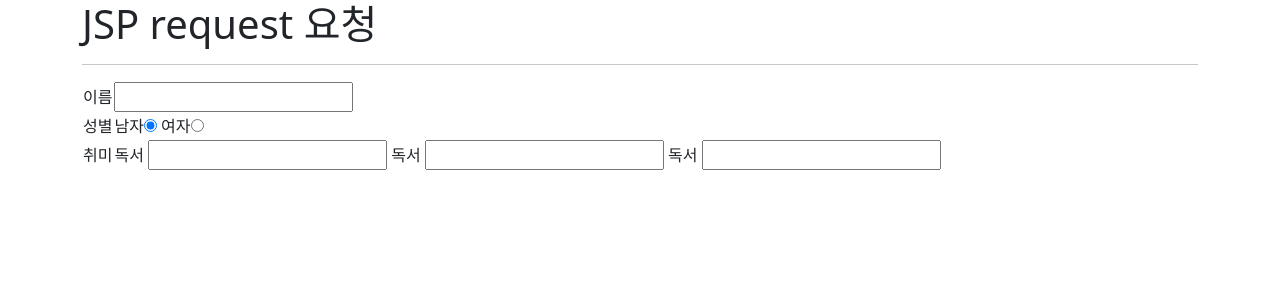
Repository: papepopopy/javascript
Page: http://localhost/webjsp/ex02/jspRequest.jsp
An editor plug-in stored every save of this project. The page is shown before and after the next save, followed by the edit.
The browser window is 1280 px wide. The pictures show the whole page.
The page is served by Tomcat 9. Nobody is signed in. The application's start-up code is not run.

Above is the page before, as saved 2024-07-04 02:10:42.

After the next save:
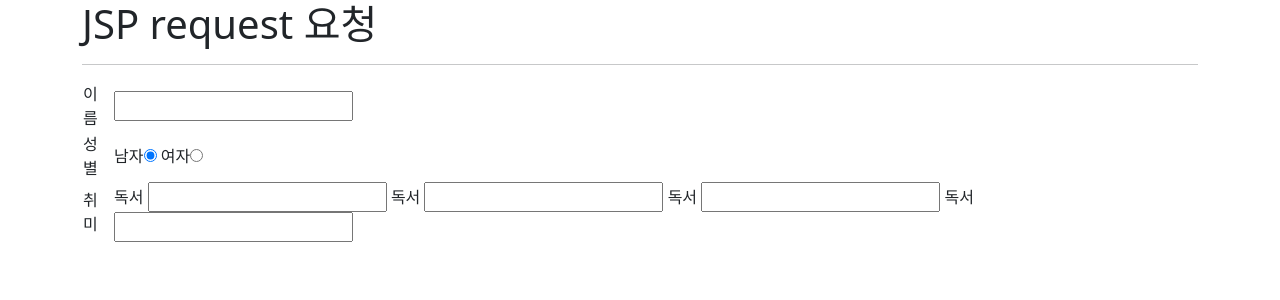
Saved 5 s later.
--- a/jspStudy/jspStudy/webjsp/src/main/webapp/ex02/jspRequest.jsp
+++ b/jspStudy/jspStudy/webjsp/src/main/webapp/ex02/jspRequest.jsp
@@ -36,6 +36,7 @@
 								독서 <input type="text" name="name" id="name" />
 								독서 <input type="text" name="name" id="name" />
 								독서 <input type="text" name="name" id="name" />
+								독서 <input type="text" name="name" id="name" />
 							</td>
 						</tr>
 					</tbody>
